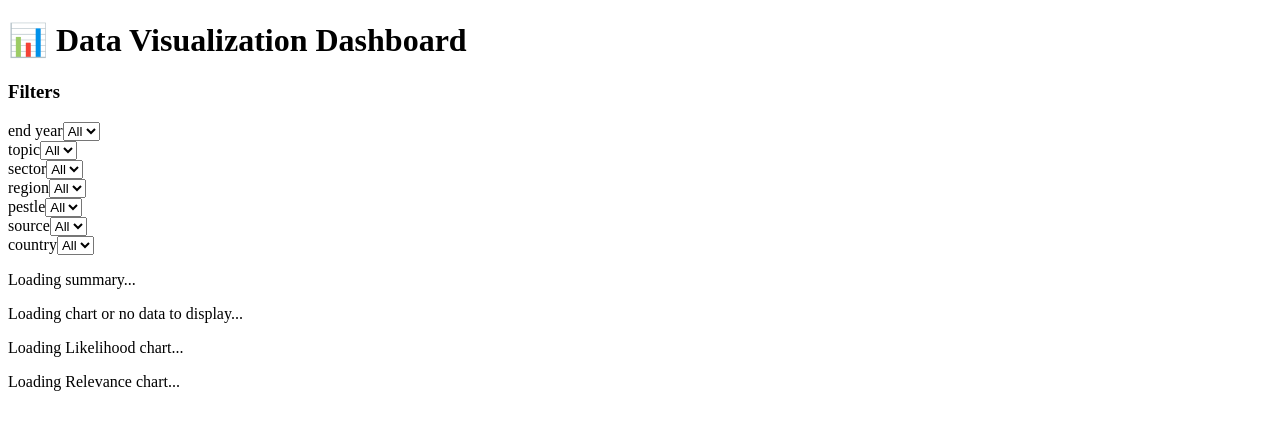
Repository: dikshant-s/DataVisualizationDashboard
Page: / (app in frontend/)
These files come from the project's save history. The page is drawn as it stood at one moment and after the next save; the edit follows.
The browser window is 1280 px wide. The pictures show the whole page.
The page's requests for data from a server got no answer. The project was rebuilt for these pictures with package versions that can differ from the ones it lists, and the page was loaded fresh each time. No one was signed in, and anything a server would have sent is missing.

Above is the page before, as saved 2025-06-29 10:34:05.

After the next save:
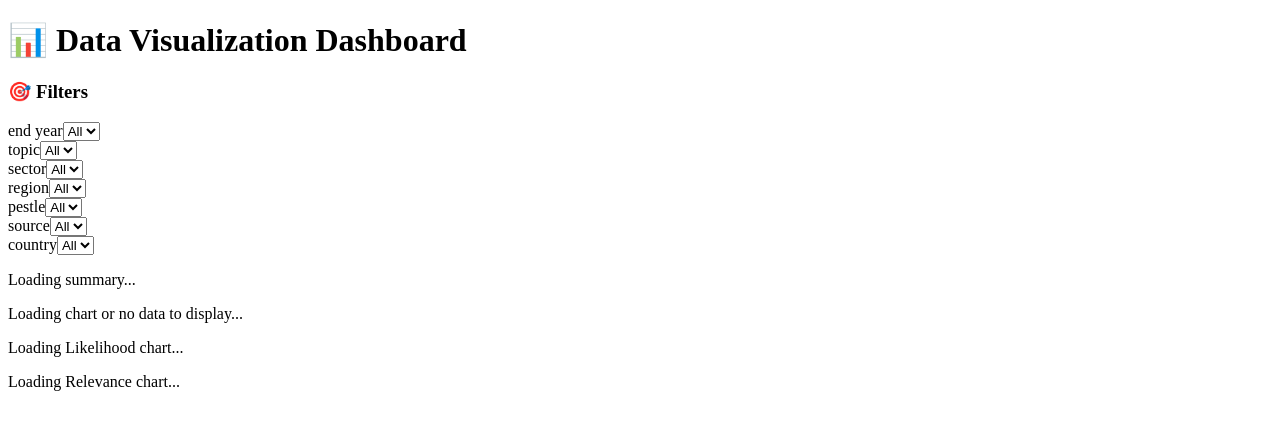
Saved 50 s later.
--- a/frontend/src/components/FilterPanel.js
+++ b/frontend/src/components/FilterPanel.js
@@ -25,18 +25,20 @@
   };
 
   return (
-    <div className="bg-white p-6 rounded-xl shadow-md mb-8">
-      <h3 className="text-xl font-semibold text-gray-800 mb-4 border-b pb-2">Filters</h3>
-      <div className="grid grid-cols-1 sm:grid-cols-2 md:grid-cols-3 lg:grid-cols-4 gap-5">
+    <div className="bg-white rounded-2xl shadow-lg p-8 mb-10 border border-gray-200">
+      <h3 className="text-2xl font-bold text-gray-800 mb-6 border-b pb-2">
+        🎯 Filters
+      </h3>
+      <div className="grid grid-cols-1 sm:grid-cols-2 md:grid-cols-3 lg:grid-cols-4 gap-6">
         {fields.map((field) => (
           <div key={field} className="flex flex-col">
-            <label className="text-sm font-medium text-gray-700 mb-1">
+            <label className="text-sm text-gray-600 font-medium mb-1 capitalize">
               {field.replaceAll("_", " ")}
             </label>
             <select
               name={field}
               onChange={handleChange}
-              className="border border-gray-300 rounded-md px-3 py-2 text-sm bg-gray-50 focus:outline-none focus:ring-2 focus:ring-blue-500"
+              className="border border-gray-300 bg-gray-50 text-sm rounded-md px-3 py-2 focus:outline-none focus:ring-2 focus:ring-blue-500"
             >
               <option value="All">All</option>
               {(filterOptions[field] || []).map((val) => (

After the save that followed:
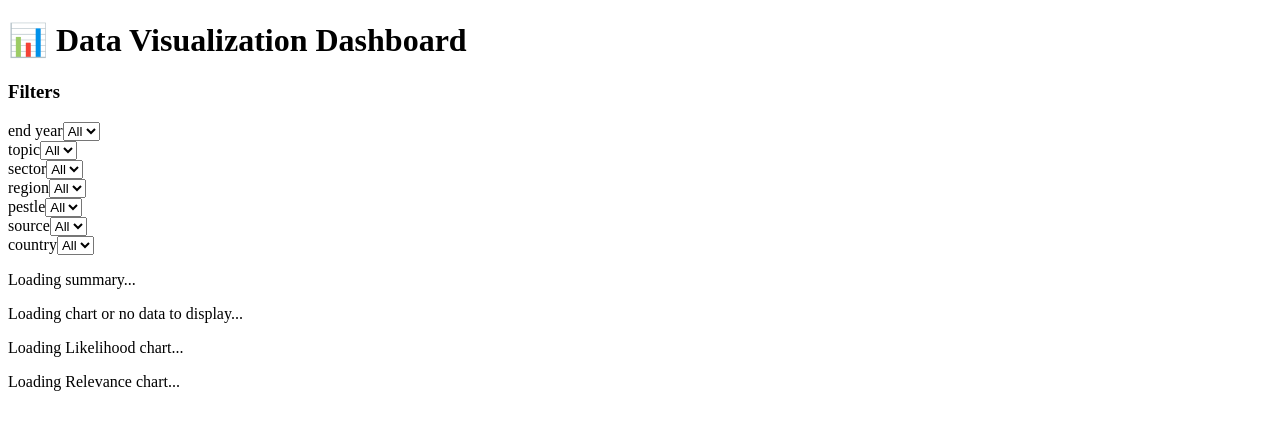
Saved 26 s later.
--- a/frontend/src/components/FilterPanel.js
+++ b/frontend/src/components/FilterPanel.js
@@ -27,7 +27,7 @@
   return (
     <div className="bg-white rounded-2xl shadow-lg p-8 mb-10 border border-gray-200">
       <h3 className="text-2xl font-bold text-gray-800 mb-6 border-b pb-2">
-        🎯 Filters
+        Filters
       </h3>
       <div className="grid grid-cols-1 sm:grid-cols-2 md:grid-cols-3 lg:grid-cols-4 gap-6">
         {fields.map((field) => (
